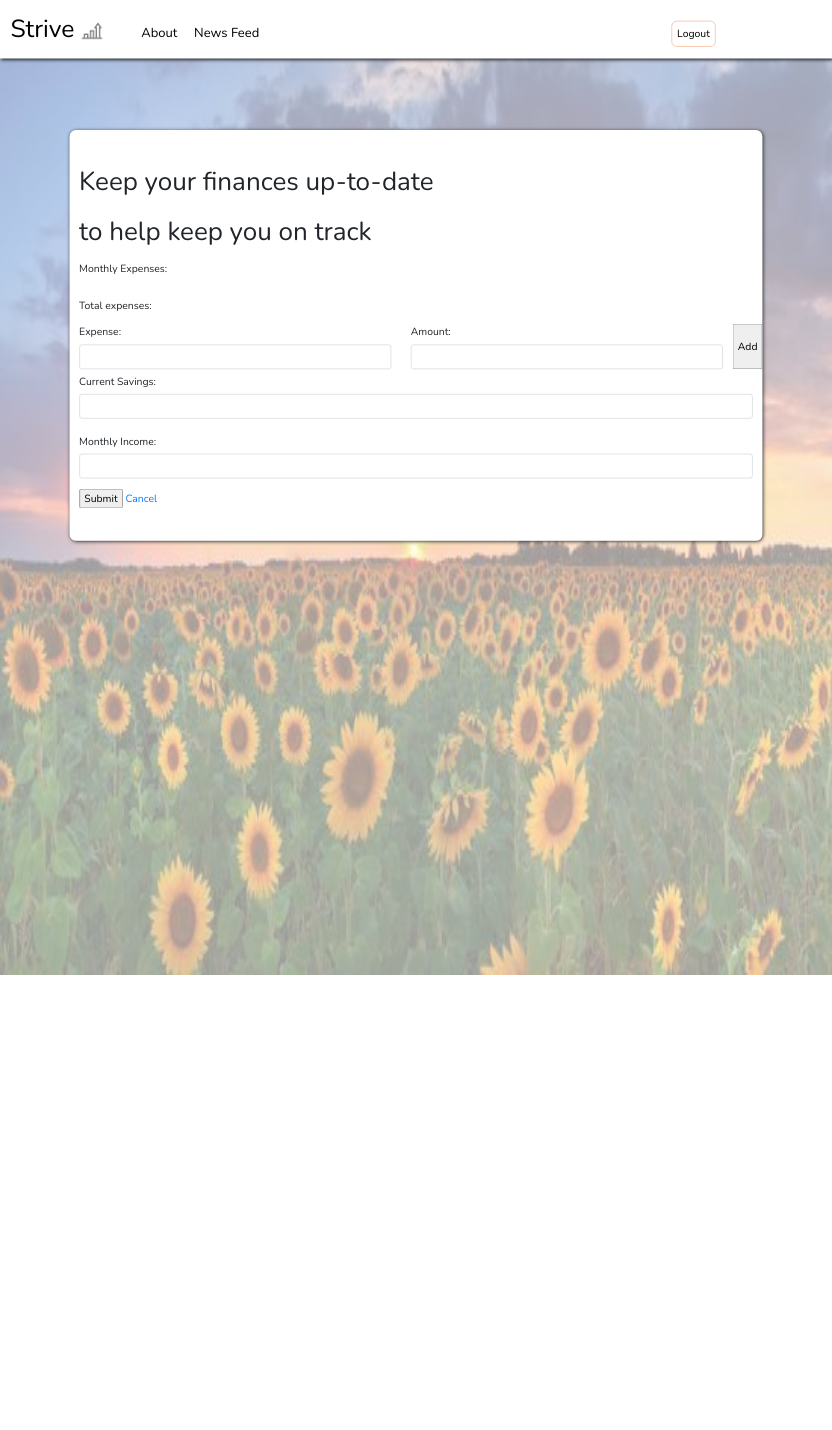
Repository: NoraOK/Strive
Page: http://localhost/strive/WEB-INF/strive/ie.jsp
These files come from the project's save history. The page is drawn as it stood at one moment and after the next save; the edit follows.
The browser window is 1280 px wide. The pictures show the whole page, at 65% of full size.
The page is served by Tomcat 9. Nobody is signed in. The template is opened directly, without the code that normally fills it, so the values that code supplies are empty.

Above is the page before, as saved 2019-12-20 18:09:55.

After the next save:
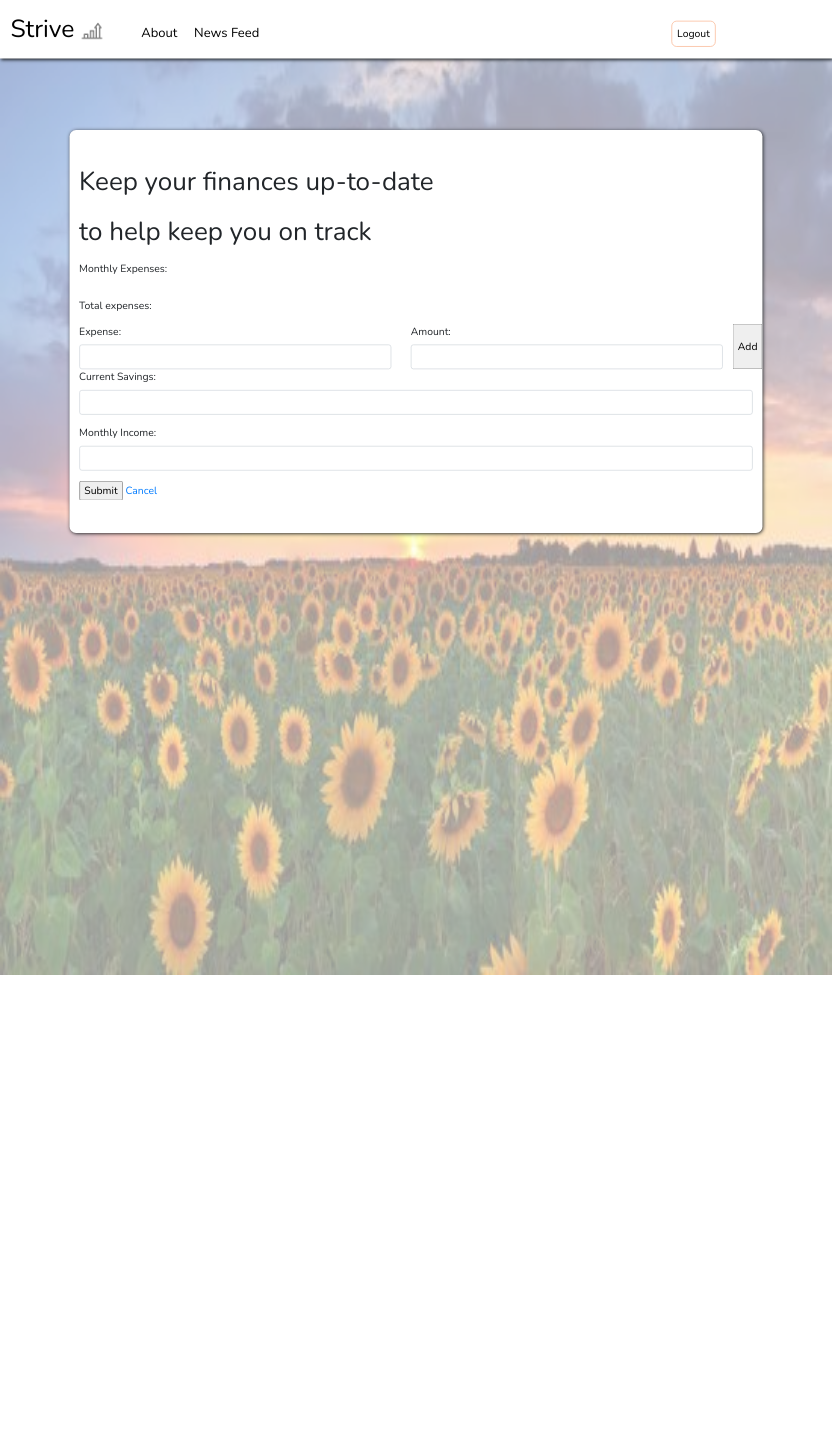
Saved 3 min 45 s later.
--- a/strive/src/main/webapp/WEB-INF/strive/ie.jsp
+++ b/strive/src/main/webapp/WEB-INF/strive/ie.jsp
@@ -48,7 +48,7 @@
 		<form:form action="/addUserExpense" method="post" modelAttribute="userExpense" class="row">
 			<form:hidden path="user" value="${user.id}"/>
 			<div class="col">
-				<form:label path="name" class="label">Expense:</form:label>
+				<form:label path="name" >Expense:</form:label>
 				<form:input path="name" type="text" class="form-control"/>
 			</div>
 			<div class="col">
@@ -59,11 +59,11 @@
 		</form:form>
 		<form action="/strive/updateFinances" method="post">
 			<p>
-				<label class="lead col-form-label">Current Savings: </label>
+				<label class="label">Current Savings: </label>
 				<input name="currentBalance" type="number" class="form-control" />
 			</p>
 			<p>
-				<label class="lead col-form-label">Monthly Income: </label>
+				<label class="label">Monthly Income: </label>
 				<input name="currentIncome" type="number" class="form-control" />
 			</p>
 			<input class="" type="submit" value="Submit" />
